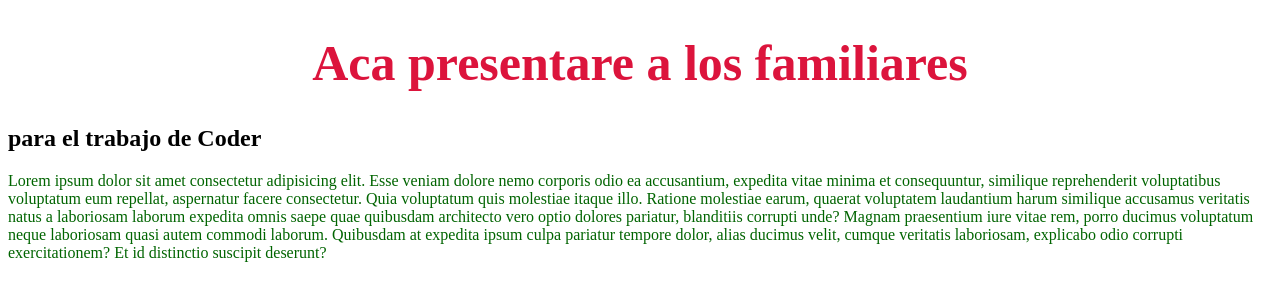
Repository: gadiazsaavedra/Familiares
Page: Familiares/Familiares/plantillas/template1.html
These files come from the project's save history. The page is drawn as it stood at one moment and after the next save; the edit follows.
The browser window is 1280 px wide. The pictures show the whole page.

Above is the page before, as saved 2021-12-07 16:39:48.

After the next save:
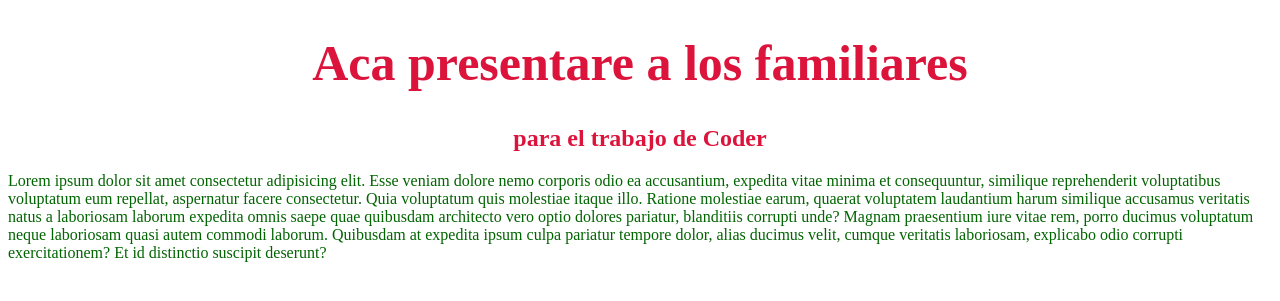
Saved 9 s later.
--- a/Familiares/Familiares/plantillas/template1.html
+++ b/Familiares/Familiares/plantillas/template1.html
@@ -8,7 +8,7 @@
 </head>
 <body>
     <h1 style="color:crimson; text-align:center; font-size:50px">Aca presentare a los familiares</h1>
-    <h2 style=>para el trabajo de Coder</h2>
+    <h2 style="color:crimson; text-align:center; font-size">para el trabajo de Coder</h2>
     <p style="color:darkgreen">Lorem ipsum dolor sit amet consectetur adipisicing elit. Esse veniam dolore nemo corporis odio ea accusantium, expedita vitae minima et consequuntur, similique reprehenderit voluptatibus voluptatum eum repellat, aspernatur facere consectetur. Quia voluptatum quis molestiae itaque illo. Ratione molestiae earum, quaerat voluptatem laudantium harum similique accusamus veritatis natus a laboriosam laborum expedita omnis saepe quae quibusdam architecto vero optio dolores pariatur, blanditiis corrupti unde? Magnam praesentium iure vitae rem, porro ducimus voluptatum neque laboriosam quasi autem commodi laborum. Quibusdam at expedita ipsum culpa pariatur tempore dolor, alias ducimus velit, cumque veritatis laboriosam, explicabo odio corrupti exercitationem? Et id distinctio suscipit deserunt?</p>
 </body>
 </html>
